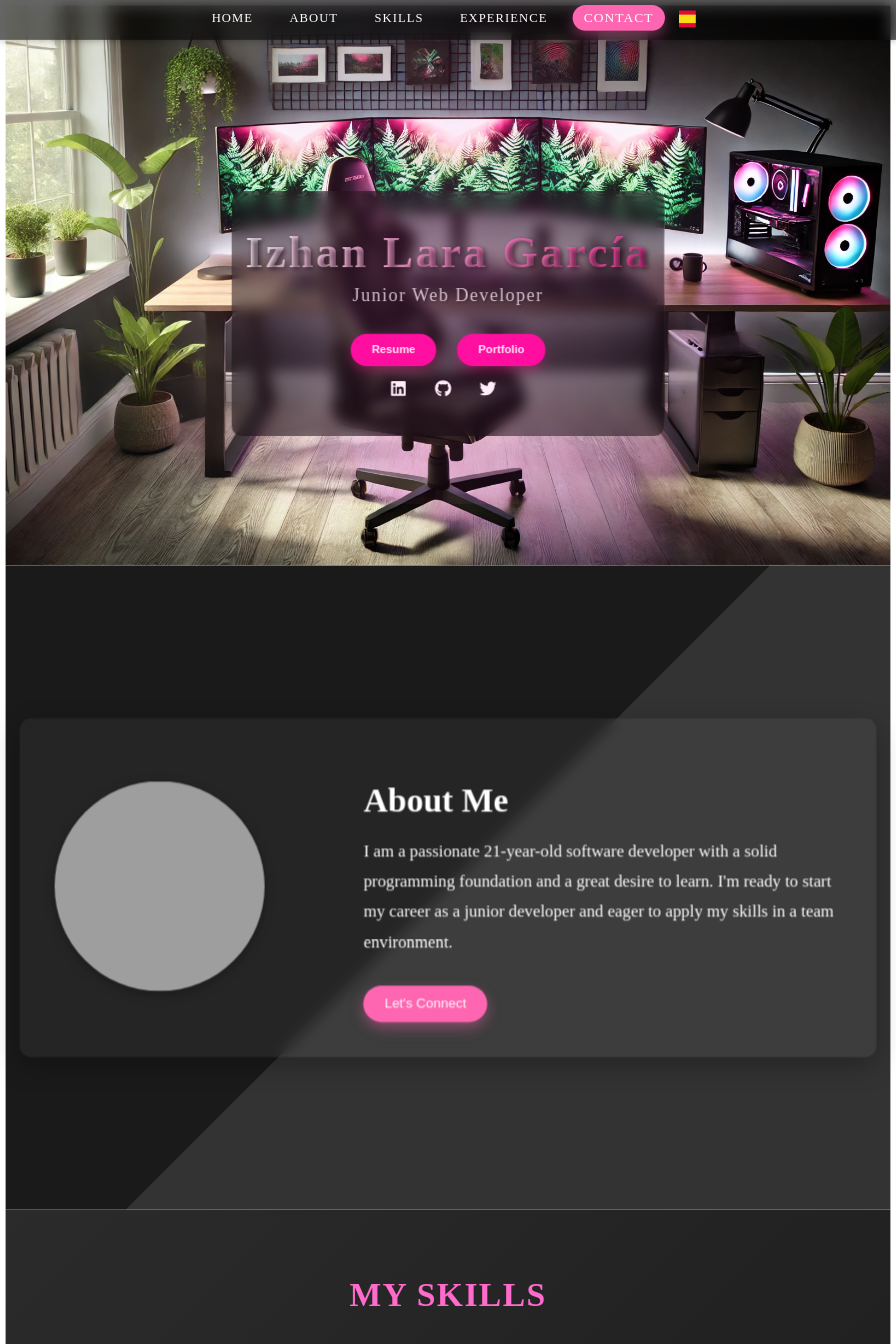
Repository: izhanlaraagarcia/izhanlaraagarcia.github.io
Page: / (app in vite-project/)
These files come from the project's save history. The page is drawn as it stood at one moment and after the next save; the edit follows.
The browser window is 1280 px wide. The pictures show the part of the page from y = 0 to 1920 px (the page is 3164 px tall), at 70% of full size.
Pictures or frames that could not be fetched are drawn as grey boxes. The project was rebuilt for these pictures with package versions that can differ from the ones it lists, and the page was loaded fresh each time. Also part of the build but not shown: vite-project/vite.config.js.

Above is the page before, as saved 2024-09-18 12:26:13.

### vite-project/index.html
<!doctype html>
<html lang="en">

<head>
  <meta charset="UTF-8" />
  <link rel="shortcut icon" href="./public/favicon.ico" type="image/x-icon">
  <meta name="viewport" content="width=device-width, initial-scale=1.0" />
  <title>IzzyLG</title>
</head>

<body>
  <div id="root"></div>
  <script type="module" src="/src/main.jsx"></script>
</body>

</html>

### vite-project/src/App.jsx
// App.js
import React, { useState } from 'react';
import HeaderComponent from './components/HeaderComponent';
import SkillsComponent from './components/SkillsComponent';
// import ExperienceComponent from './components/ExperienceComponent';
import FooterComponent from './components/FooterComponent';
// import { Link } from 'react-scroll';


function App() {
  const [language, setLanguage] = useState('en');

  const toggleLanguage = () => {
    setLanguage(prevLang => (prevLang === 'en' ? 'es' : 'en'));
  };
  return (
    <div className="App">
      <HeaderComponent onLanguageToggle={toggleLanguage} />
      <SkillsComponent />
      {/* <ExperienceComponent /> */}
      <FooterComponent />
    </div>
  );
}

export default App;

### vite-project/src/components/HeaderComponent.jsx

import React, { useState } from 'react';
import { motion } from 'framer-motion';
import { Link } from 'react-scroll';
import { FaLinkedin, FaGithub, FaTwitter } from 'react-icons/fa';
import USFlag from '../assets/us-flag.png';
import ESFlag from '../assets/es-flag.png';
import AboutComponent from './AboutComponent';

const HeaderComponent = () => {
  const [language, setLanguage] = useState('en');

  const translations = {
    en: {
      name: "Izhan Lara García",
      title: "Junior Web Developer",
      resume: "Resume",
      portfolio: "Portfolio",
      menu: {
        home: "Home",
        about: "About",
        skills: "Skills",
        experience: "Experience",
        contact: "Contact",
      },
    },
    es: {
      name: "Izhan Lara García",
      title: "Desarrollador Web Junior",
      resume: "Currículum",
      portfolio: "Portafolio",
      menu: {
        home: "Inicio",
        about: "Sobre mí",
        skills: "Habilidades",
        experience: "Experiencia",
        contact: "Contacto",
      },
    },
  };

  const toggleLanguage = () => {
    setLanguage((prevLang) => (prevLang === 'en' ? 'es' : 'en'));
  };

  return (
    <>
      <header className="header" id="header">
        <motion.nav
          className="nav"
          initial={{ opacity: 0, y: -50 }}
          animate={{ opacity: 1, y: 0 }}
          transition={{ delay: 0.5, duration: 1 }}
        >
          <ul className="nav-list">
            <li><Link to="header" smooth={true}>{translations[language].menu.home}</Link></li>
            <li><Link to="about" smooth={true}>{translations[language].menu.about}</Link></li>
            <li><Link to="skills" smooth={true}>{translations[language].menu.skills}</Link></li>
            <li><Link to="experience" smooth={true}>{translations[language].menu.experience}</Link></li>
            <li><Link to="footer" smooth={true} className="contact-btn">{translations[language].menu.contact}</Link></li>

            <li className="lang-btn-wrapper">
              <button className="lang-btn" onClick={toggleLanguage}>
                {language === 'en' ? (
                  <img src={ESFlag} alt="Spanish Flag" className="flag-icon" />
                ) : (
                  <img src={USFlag} alt="US Flag" className="flag-icon" />
                )}
              </button>
            </li>
          </ul>
        </motion.nav>

        <motion.div
          className="header-content"
          initial={{ opacity: 0 }}
          animate={{ opacity: 1 }}
          transition={{ duration: 1.5 }}
        >
          <motion.h1
            className="header-title"
            initial={{ scale: 0.8, y: -100 }}
            animate={{ scale: 1, y: 0 }}
            transition={{ duration: 1, ease: "easeOut" }}
            whileHover={{ scale: 1.05, color: "#f09" }}
          >
            {translations[language].name}
          </motion.h1>

          <p className="header-subtitle">
            {translations[language].title}
          </p>

          <div className="header-buttons">
            <motion.button whileHover={{ scale: 1.1 }} className="btn">
              {translations[language].resume}
            </motion.button>
            <motion.button whileHover={{ scale: 1.1 }} className="btn">
              {translations[language].portfolio}
            </motion.button>
          </div>

          <motion.div
            className="social-icons"
            initial={{ y: 50, opacity: 0 }}
            animate={{ y: 0, opacity: 1 }}
            transition={{ duration: 1, delay: 1 }}
          >
            <motion.a href="https://linkedin.com" target="_blank" whileHover={{ scale: 1.2 }}><FaLinkedin /></motion.a>
            <motion.a href="https://github.com" target="_blank" whileHover={{ scale: 1.2 }}><FaGithub /></motion.a>
            <motion.a href="https://twitter.com" target="_blank" whileHover={{ scale: 1.2 }}><FaTwitter /></motion.a>
          </motion.div>
        </motion.div>
      </header>

      {/* Sección About */}
      <AboutComponent language={language} />
    </>
  );
};

export default HeaderComponent;

### vite-project/src/components/SkillsComponent.jsx
// SkillsComponent.js
import React from 'react';
import { motion } from 'framer-motion';

const skills = [
  { name: 'Resolución de problemas', level: '90%' },
  { name: 'Comunicación', level: '85%' },
  { name: 'Trabajo bajo presión', level: '80%' },
  { name: 'Conocimiento técnico', level: '75%' },
  { name: 'Aprendizaje continuo', level: '85%' },
  { name: 'Trabajo en equipo', level: '80%' },
];

const containerVariants = {
  hidden: { opacity: 0 },
  visible: {
    opacity: 1,
    transition: { staggerChildren: 0.2, delayChildren: 0.5 },
  },
};

const barVariants = {
  hidden: { width: '0%' },
  visible: (level) => ({
    width: level,
    transition: { duration: 2, type: 'spring', stiffness: 100 },
  }),
};

const SkillsComponent = () => {
  return (
    <motion.section
      id="skills"
      className="skills full-screen"
      initial="hidden"
      animate="visible"
      variants={containerVariants}
    >
      <motion.h3
        className="skills-title"
        initial={{ scale: 0 }}
        animate={{ scale: 1 }}
        transition={{ type: 'spring', stiffness: 200, duration: 1.5 }}
      >
        My Skills
      </motion.h3>

      <div className="skill-bars">
        {skills.map((skill, idx) => (
          <div key={idx} className="skill">
            <motion.span
              className="skill-name"
              initial={{ opacity: 0, y: -50 }}
              animate={{ opacity: 1, y: 0 }}
              transition={{ duration: 1, ease: 'easeOut' }}
            >
              {skill.name}
            </motion.span>
            <motion.div
              className="bar"
              custom={skill.level}
              variants={barVariants}
              initial="hidden"
              animate="visible"
            />
          </div>
        ))}
      </div>
    </motion.section>
  );
};

export default SkillsComponent;

### vite-project/src/components/FooterComponent.jsx
import React from 'react';
import { motion } from 'framer-motion';
import { FaEnvelope, FaPhone, FaLinkedin, FaGithub } from 'react-icons/fa';

const FooterComponent = () => {
  return (
    <motion.footer
      id="footer"
      className="footer"
      initial={{ opacity: 0 }}
      whileInView={{ opacity: 1 }}
      transition={{ duration: 1 }}
    >
      <div className="footer-content">
        <div className="contact-info">
          <h3>Contact Me</h3>
          <p>Izhan Lara García | Palma de Mallorca</p>
          <p><FaEnvelope /> Email: izhanlara@gmail.com</p>
          <p><FaPhone /> Phone: +34 650 06 70 14</p>
        </div>

        <div className="contact-form">
          <h3>Send a Message</h3>
          <form>
            <input type="text" placeholder="Your Name" required />
            <input type="email" placeholder="Your Email" required />
            <textarea placeholder="Your Message" required></textarea>
            <motion.button
              type="submit"
              whileHover={{ scale: 1.05 }}
              transition={{ duration: 0.3 }}
              className="submit-btn"
            >
              Send
            </motion.button>
          </form>
        </div>

        <div className="social-links">
          <h3>Follow Me</h3>
          <motion.a
            whileHover={{ scale: 1.2 }}
            transition={{ duration: 0.3 }}
            href="https://www.linkedin.com/in/izhan-lara-garcia"
            aria-label="LinkedIn"
          >
            <FaLinkedin />
          </motion.a>
          <motion.a
            whileHover={{ scale: 1.2 }}
            transition={{ duration: 0.3 }}
            href="https://github.com/izhanlaraagarcia"
            aria-label="GitHub"
          >
            <FaGithub />
          </motion.a>
        </div>
      </div>

      <div className="footer-bottom">
        <p>&copy; {new Date().getFullYear()} Izhan Lara García</p>
      </div>
    </motion.footer>
  );
};

export default FooterComponent;

### vite-project/src/components/AboutComponent.jsx
import React from 'react';
import { motion } from 'framer-motion';

// Variantes de animación para un efecto impresionante
const containerVariants = {
  hidden: { opacity: 0, y: 100 },
  visible: {
    opacity: 1,
    y: 0,
    transition: { duration: 1.2, ease: "easeOut", when: "beforeChildren", staggerChildren: 0.3 }
  },
};

const textVariants = {
  hidden: { opacity: 0, y: 20 },
  visible: { opacity: 1, y: 0, transition: { duration: 1, ease: "easeOut" } }
};

const buttonVariants = {
  hover: {
    scale: 1.1,
    backgroundColor: "#ff66b2",
    transition: { duration: 0.3, yoyo: Infinity }
  }
};

const AboutComponent = ({ language }) => {
  const translations = {
    en: {
      title: "About Me",
      description: "I am a passionate 21-year-old software developer with a solid programming foundation and a great desire to learn. I'm ready to start my career as a junior developer and eager to apply my skills in a team environment.",
      button: "Let's Connect",
    },
    es: {
      title: "Sobre Mí",
      description: "Soy un apasionado desarrollador de software de 21 años con una sólida base en programación y un gran deseo de aprender. Estoy listo para comenzar mi carrera como desarrollador junior y aplicar mis habilidades en un entorno de equipo.",
      button: "Conectemos",
    },
  };

  const t = translations[language] || translations['en'];

  return (
    <section id="about" className="about-section">
      <motion.div
        className="about-content"
        variants={containerVariants}
        initial="hidden"
        animate="visible"
      >
        <motion.div
          className="profile-image-wrapper"
          whileHover={{ scale: 1.05, rotate: 3 }}
          transition={{ duration: 0.6, ease: "easeOut" }}
        >
          <img
            src="https://fiverr-res.cloudinary.com/images/t_main1,q_auto,f_auto,q_auto,f_auto/gigs/343888962/original/6390876df1dceff78be91e8b27e84e33a85e5248/design-animated-discord-pfp-banner-avatar-and-icon.jpg"
            alt="Profile"
            className="profile-image"
          />
        </motion.div>

        <motion.div className="about-text" variants={textVariants}>
          <h2 className="about-title">{t.title}</h2>
          <p className="about-description">{t.description}</p>

          <motion.button
            className="contact-btn"
            variants={buttonVariants}
            whileHover="hover"
          >
            {t.button}
          </motion.button>
        </motion.div>
      </motion.div>
    </section>
  );
};

export default AboutComponent;

Loaded but not shown: vite-project/src/main.jsx (common file); vite-project/src/index.css (522 lines, source omitted)

After the next save:
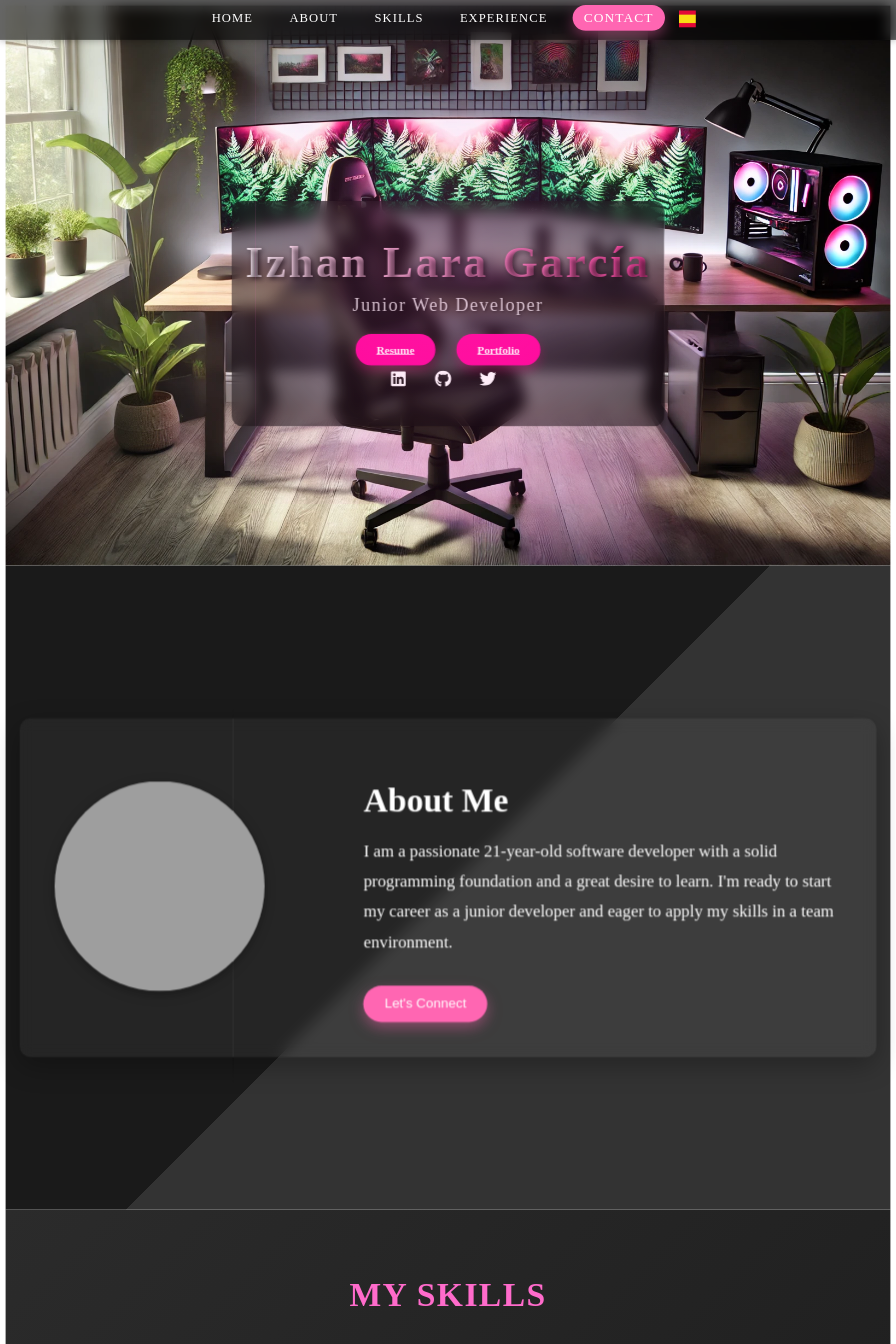
Saved 5 min 14 s later.
--- a/vite-project/src/components/HeaderComponent.jsx
+++ b/vite-project/src/components/HeaderComponent.jsx
@@ -1,4 +1,3 @@
-
 import React, { useState } from 'react';
 import { motion } from 'framer-motion';
 import { Link } from 'react-scroll';
@@ -53,11 +52,11 @@ const HeaderComponent = () => {
           transition={{ delay: 0.5, duration: 1 }}
         >
           <ul className="nav-list">
-            <li><Link to="header" smooth={true}>{translations[language].menu.home}</Link></li>
-            <li><Link to="about" smooth={true}>{translations[language].menu.about}</Link></li>
-            <li><Link to="skills" smooth={true}>{translations[language].menu.skills}</Link></li>
-            <li><Link to="experience" smooth={true}>{translations[language].menu.experience}</Link></li>
-            <li><Link to="footer" smooth={true} className="contact-btn">{translations[language].menu.contact}</Link></li>
+            <li><Link to="header" smooth={true} duration={500}>{translations[language].menu.home}</Link></li>
+            <li><Link to="about" smooth={true} duration={500}>{translations[language].menu.about}</Link></li>
+            <li><Link to="skills" smooth={true} duration={500}>{translations[language].menu.skills}</Link></li>
+            <li><Link to="experience" smooth={true} duration={500}>{translations[language].menu.experience}</Link></li>
+            <li><Link to="footer" smooth={true} duration={500} className="contact-btn">{translations[language].menu.contact}</Link></li>
 
             <li className="lang-btn-wrapper">
               <button className="lang-btn" onClick={toggleLanguage}>
@@ -91,24 +90,42 @@ const HeaderComponent = () => {
             {translations[language].title}
           </p>
 
+          {/* Botones para ver el CV y el Portafolio */}
           <div className="header-buttons">
-            <motion.button whileHover={{ scale: 1.1 }} className="btn">
+            <motion.a
+              href="path-to-resume.pdf"  // Enlace al archivo PDF del CV
+              target="_blank"
+              rel="noopener noreferrer"
+              whileHover={{ scale: 1.1 }}
+              className="btn"
+            >
               {translations[language].resume}
-            </motion.button>
-            <motion.button whileHover={{ scale: 1.1 }} className="btn">
+            </motion.a>
+            <motion.a
+              href="#portfolio-section"  // Enlace a la sección de portafolio
+              whileHover={{ scale: 1.1 }}
+              className="btn"
+            >
               {translations[language].portfolio}
-            </motion.button>
+            </motion.a>
           </div>
 
+          {/* Redes Sociales */}
           <motion.div
             className="social-icons"
             initial={{ y: 50, opacity: 0 }}
             animate={{ y: 0, opacity: 1 }}
             transition={{ duration: 1, delay: 1 }}
           >
-            <motion.a href="https://linkedin.com" target="_blank" whileHover={{ scale: 1.2 }}><FaLinkedin /></motion.a>
-            <motion.a href="https://github.com" target="_blank" whileHover={{ scale: 1.2 }}><FaGithub /></motion.a>
-            <motion.a href="https://twitter.com" target="_blank" whileHover={{ scale: 1.2 }}><FaTwitter /></motion.a>
+            <motion.a href="https://www.linkedin.com/in/izhan-lara-garcia" target="_blank" whileHover={{ scale: 1.2 }}>
+              <FaLinkedin />
+            </motion.a>
+            <motion.a href="https://github.com/izhanlaraagarcia" target="_blank" whileHover={{ scale: 1.2 }}>
+              <FaGithub />
+            </motion.a>
+            <motion.a href="https://twitter.com/your-profile" target="_blank" whileHover={{ scale: 1.2 }}>
+              <FaTwitter />
+            </motion.a>
           </motion.div>
         </motion.div>
       </header>

After the 2 saves that followed:
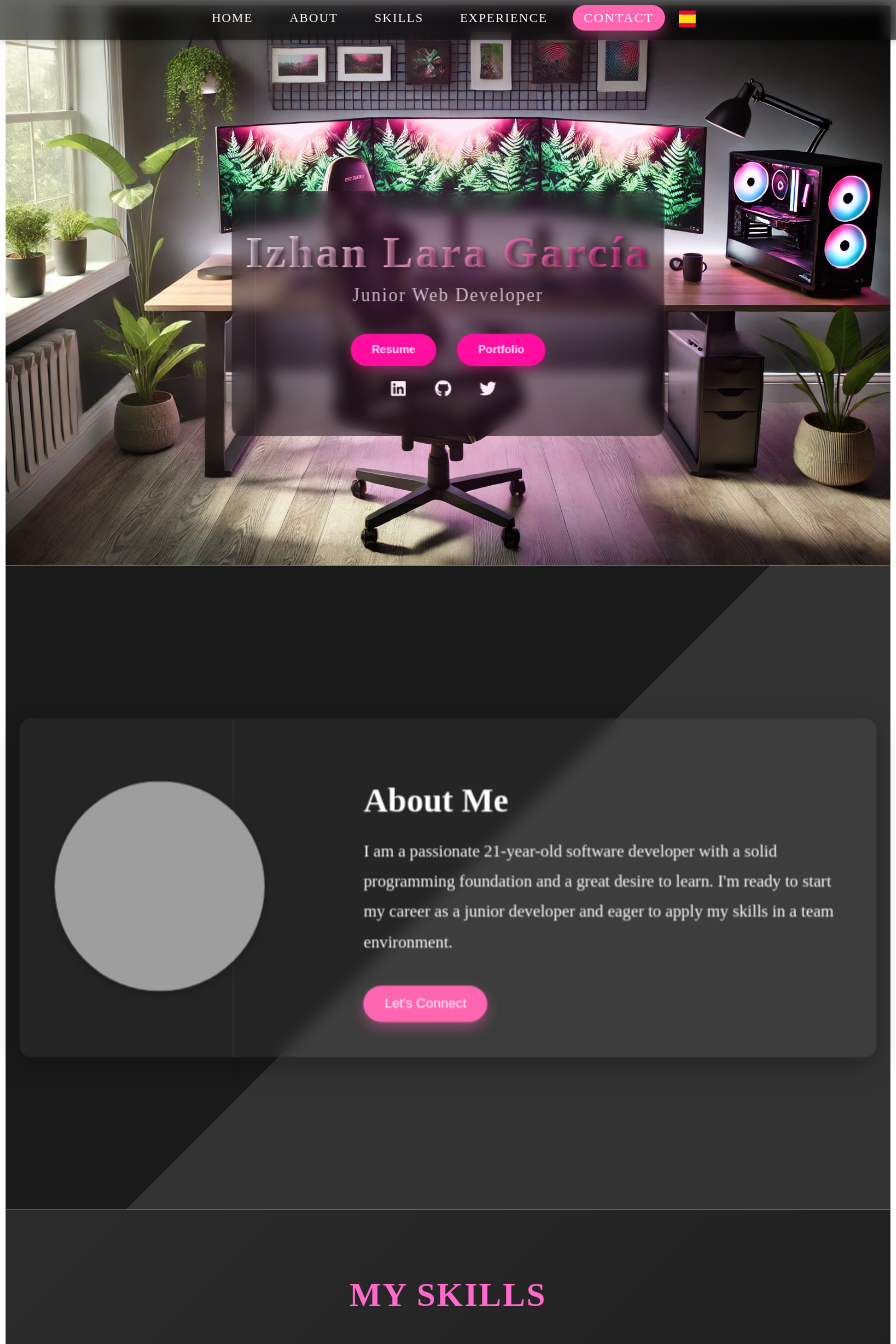
The 2 saves are shown as one change because 1 left the picture as it was.
The last was saved 2 min 24 s later.
--- a/vite-project/src/components/HeaderComponent.jsx
+++ b/vite-project/src/components/HeaderComponent.jsx
@@ -1,3 +1,4 @@
+
 import React, { useState } from 'react';
 import { motion } from 'framer-motion';
 import { Link } from 'react-scroll';
@@ -52,11 +53,11 @@ const HeaderComponent = () => {
           transition={{ delay: 0.5, duration: 1 }}
         >
           <ul className="nav-list">
-            <li><Link to="header" smooth={true} duration={500}>{translations[language].menu.home}</Link></li>
-            <li><Link to="about" smooth={true} duration={500}>{translations[language].menu.about}</Link></li>
-            <li><Link to="skills" smooth={true} duration={500}>{translations[language].menu.skills}</Link></li>
-            <li><Link to="experience" smooth={true} duration={500}>{translations[language].menu.experience}</Link></li>
-            <li><Link to="footer" smooth={true} duration={500} className="contact-btn">{translations[language].menu.contact}</Link></li>
+            <li><Link to="header" smooth={true}>{translations[language].menu.home}</Link></li>
+            <li><Link to="about" smooth={true}>{translations[language].menu.about}</Link></li>
+            <li><Link to="skills" smooth={true}>{translations[language].menu.skills}</Link></li>
+            <li><Link to="experience" smooth={true}>{translations[language].menu.experience}</Link></li>
+            <li><Link to="footer" smooth={true} className="contact-btn">{translations[language].menu.contact}</Link></li>
 
             <li className="lang-btn-wrapper">
               <button className="lang-btn" onClick={toggleLanguage}>
@@ -90,42 +91,24 @@ const HeaderComponent = () => {
             {translations[language].title}
           </p>
 
-          {/* Botones para ver el CV y el Portafolio */}
           <div className="header-buttons">
-            <motion.a
-              href="path-to-resume.pdf"  // Enlace al archivo PDF del CV
-              target="_blank"
-              rel="noopener noreferrer"
-              whileHover={{ scale: 1.1 }}
-              className="btn"
-            >
+            <motion.button whileHover={{ scale: 1.1 }} className="btn">
               {translations[language].resume}
-            </motion.a>
-            <motion.a
-              href="#portfolio-section"  // Enlace a la sección de portafolio
-              whileHover={{ scale: 1.1 }}
-              className="btn"
-            >
+            </motion.button>
+            <motion.button whileHover={{ scale: 1.1 }} className="btn">
               {translations[language].portfolio}
-            </motion.a>
+            </motion.button>
           </div>
 
-          {/* Redes Sociales */}
           <motion.div
             className="social-icons"
             initial={{ y: 50, opacity: 0 }}
             animate={{ y: 0, opacity: 1 }}
             transition={{ duration: 1, delay: 1 }}
           >
-            <motion.a href="https://www.linkedin.com/in/izhan-lara-garcia" target="_blank" whileHover={{ scale: 1.2 }}>
-              <FaLinkedin />
-            </motion.a>
-            <motion.a href="https://github.com/izhanlaraagarcia" target="_blank" whileHover={{ scale: 1.2 }}>
-              <FaGithub />
-            </motion.a>
-            <motion.a href="https://twitter.com/your-profile" target="_blank" whileHover={{ scale: 1.2 }}>
-              <FaTwitter />
-            </motion.a>
+            <motion.a href="https://linkedin.com" target="_blank" whileHover={{ scale: 1.2 }}><FaLinkedin /></motion.a>
+            <motion.a href="https://github.com" target="_blank" whileHover={{ scale: 1.2 }}><FaGithub /></motion.a>
+            <motion.a href="https://twitter.com" target="_blank" whileHover={{ scale: 1.2 }}><FaTwitter /></motion.a>
           </motion.div>
         </motion.div>
       </header>
